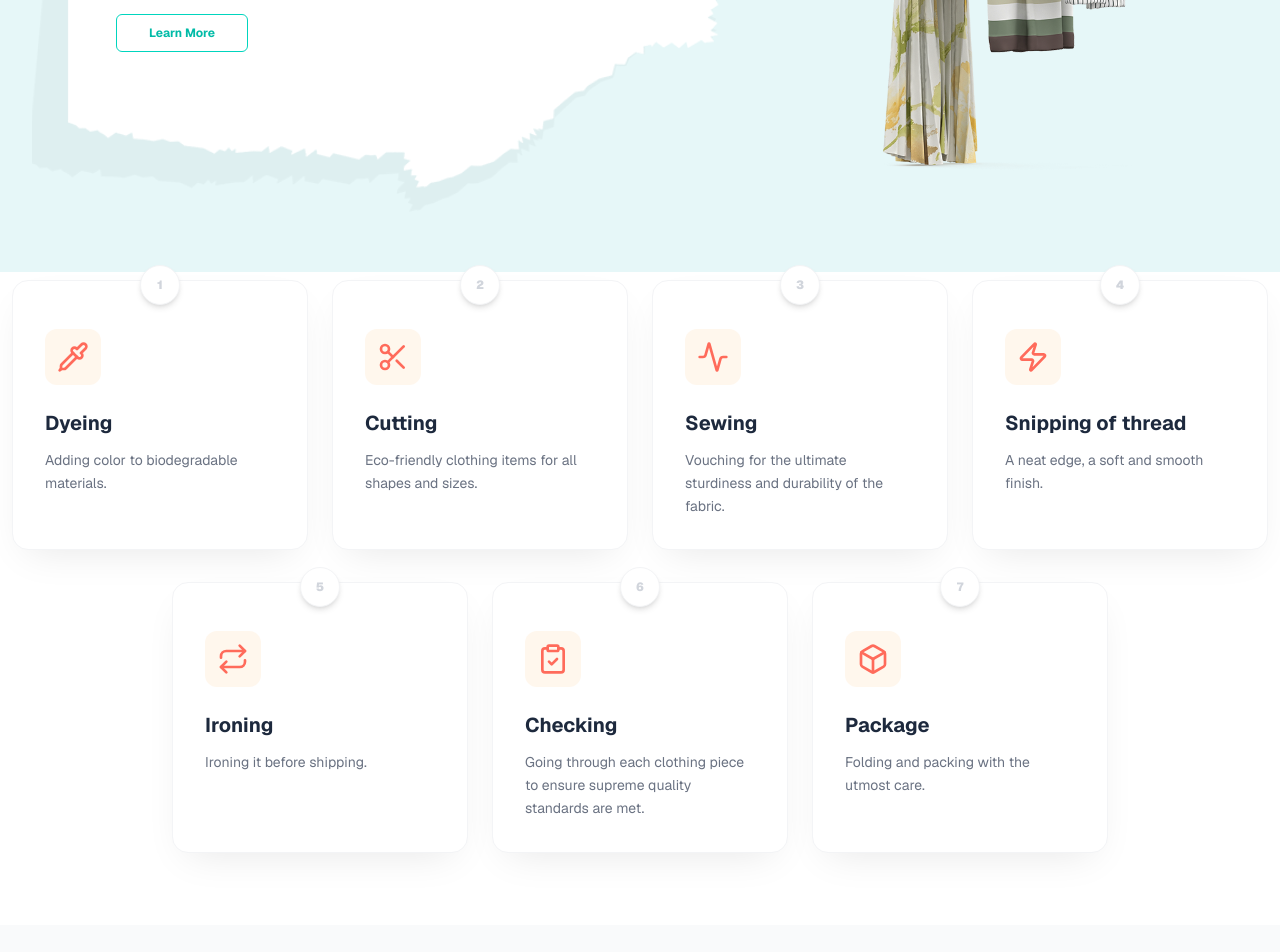
Repository: mdmuhibullahhabib/fullstack-assessment
Page: /
The author's editor kept a copy of each file at every save. The page is drawn from the files as they stood at one save, then again after the next save.
The browser window is 1280 px wide. The pictures show the part of the page from y = 1168 to 2120 px (the page is 3123 px tall before and 3107 px after).
The project was rebuilt for these pictures with package versions that can differ from the ones it lists, and the page was loaded fresh each time. The framework's server and built-in components were replaced by stand-ins that run in the browser. Also part of the build but not shown: next.config.mjs.

Above is the page before, as saved 2025-12-27 10:49:23.

### src/app/layout.js
import { Geist, Geist_Mono } from "next/font/google";
import "./globals.css";
import Navbar from "@/components/shared/Navbar";
import Footer from "@/components/shared/Footer";

const geistSans = Geist({
  variable: "--font-geist-sans",
  subsets: ["latin"],
});

const geistMono = Geist_Mono({
  variable: "--font-geist-mono",
  subsets: ["latin"],
});

export const metadata = {
  title: "Create Next App",
  description: "Generated by create next app",
};

export default function RootLayout({ children }) {
  return (
    <html lang="en">
      <body
        className={`${geistSans.variable} ${geistMono.variable} antialiased`}
      >
        <Navbar/>
        {children}
        <Footer/>
      </body>
    </html>
  );
}

### src/app/page.js
import Apparel from "@/components/home/Apparel";
import CustomProcess from "@/components/home/CustomProcess";
import Hero from "@/components/home/hero";
import Stats from "@/components/home/Stats";


export default function Home() {
  return (
    <>
      <Hero />
      <Stats />
      <CustomProcess />
      <Apparel />
    </>
  );
}

### src/components/shared/Navbar.jsx
"use client";

import Link from "next/link";
import { Menu, X, ShoppingCart, User } from "lucide-react";
import { useState } from "react";

export default function Navbar() {
  const [open, setOpen] = useState(false);

  return (
    <header className="w-full">
      {/* ===== Top Bar ===== */}
      <div className="bg-teal-500 text-white text-sm">
        <div className="max-w-7xl mx-auto flex justify-between items-center px-4 py-2">
          <p>📍 Kashimpur, Gazipur Sadar / Gazipur</p>
          <div className="flex items-center gap-4">
            <span>📞 +880 01713-027875</span>
            <div className="flex gap-2">
              <span>f</span>
              <span>x</span>
              <span>▶</span>
              <span>📷</span>
            </div>
          </div>
        </div>
      </div>

      {/* ===== Main Navbar ===== */}
      <div className="bg-white shadow">
        <div className="max-w-7xl mx-auto flex items-center justify-between px-4 py-4">

          {/* Logo */}
          <Link href="/" className="flex items-center gap-2">
            <div className="w-10 h-10 bg-green-500 rounded flex items-center justify-center text-white font-bold">
              Z
            </div>
            <span className="font-bold text-lg text-gray-800">
              Company
            </span>
          </Link>

          {/* Desktop Menu */}
          <nav className="hidden md:flex items-center gap-8 text-gray-700 font-medium">
            <Link href="/">Home</Link>
            <Link href="/about">About Us</Link>
            <Link href="/services">Our Services</Link>
            <Link href="/products">Our Products</Link>
            <Link href="/blogs">Blogs</Link>
          </nav>

          {/* Right Actions */}
          <div className="hidden md:flex items-center gap-4">
            <ShoppingCart className="cursor-pointer" />
            <div className="w-8 h-8 bg-red-500 rounded-full flex items-center justify-center text-white">
              M
            </div>
            <Link
              href="/contact"
              className="bg-orange-500 text-white px-4 py-2 rounded"
            >
              Contact Us
            </Link>
          </div>

          {/* Mobile Menu Button */}
          <button
            onClick={() => setOpen(!open)}
            className="md:hidden"
          >
            {open ? <X /> : <Menu />}
          </button>
        </div>

        {/* ===== Mobile Menu ===== */}
        {open && (
          <div className="md:hidden bg-white border-t">
            <nav className="flex flex-col gap-4 px-4 py-4 text-gray-700">
              <Link href="/">Home</Link>
              <Link href="/about">About Us</Link>
              <Link href="/services">Our Services</Link>
              <Link href="/products">Our Products</Link>
              <Link href="/blogs">Blogs</Link>

              <div className="flex items-center gap-4 pt-4">
                <ShoppingCart />
                <User />
                <Link
                  href="/contact"
                  className="bg-orange-500 text-white px-4 py-2 rounded"
                >
                  Contact Us
                </Link>
              </div>
            </nav>
          </div>
        )}
      </div>
    </header>
  );
}

### src/components/shared/Footer.jsx
import Image from "next/image";
import Link from "next/link";

export default function Footer() {
  return (
    <footer className="bg-[#f8f8f8] border-t">
      <div className="max-w-7xl mx-auto px-4 py-12">

        {/* ===== Top Section ===== */}
        <div className="grid grid-cols-1 md:grid-cols-4 gap-10">

          {/* Logo & Contact */}
          <div className="space-y-4">
            <div className="flex items-center gap-3">
              <Image src="/logo.png" alt="logo" width={48} height={48} />
              <Image src="/logo2.png" alt="logo2" width={48} height={48} />
            </div>

            <p className="text-sm text-gray-600 flex gap-2">
              📍 29 SE 2nd Ave, Miami, FL 33131, United States
            </p>
            <p className="text-sm text-gray-600">
              ✉ info@zaheen.com
            </p>
            <p className="text-sm font-semibold">
              📞 (+92) 3942 7879
            </p>
          </div>

          {/* Pages */}
          <div>
            <h4 className="font-semibold mb-4 uppercase text-sm">Pages</h4>
            <ul className="space-y-2 text-sm text-gray-600">
              <li><Link href="#">About Us</Link></li>
              <li><Link href="#">Our Services</Link></li>
              <li><Link href="#">Our Products</Link></li>
            </ul>
          </div>

          {/* Information */}
          <div>
            <h4 className="font-semibold mb-4 uppercase text-sm">Information</h4>
            <ul className="space-y-2 text-sm text-gray-600">
              <li><Link href="#">My Account</Link></li>
              <li><Link href="#">Corporate Enquiries</Link></li>
              <li><Link href="#">FAQs</Link></li>
            </ul>
          </div>
        </div>

        {/* ===== Payment Channels (SAME ROW STYLE) ===== */}
        <div className="mt-10">
          <h4 className="font-semibold text-sm mb-4">PAYMENT CHANNELS</h4>

          <div className="flex flex-wrap gap-3">
            {[
              "visa",
              "mastercard",
              "amex",
              "bKash",
              "nagad",
              "rocket",
              "upay",
              "tap",
              "citybank",
              "bracbank",
              "easternbank",
              "standardchartered",
            ].map((logo) => (
              <div
                key={logo}
                className="bg-white border rounded-md px-4 py-2 flex items-center justify-center"
              >
                <Image
                  src={`/payments/${logo}.png`}
                  alt={logo}
                  width={48}
                  height={28}
                  className="object-contain"
                />
              </div>
            ))}
          </div>
        </div>

        {/* ===== Bottom Bar ===== */}
        <div className="border-t mt-10 pt-6 flex flex-col md:flex-row justify-between items-center gap-4 text-sm text-gray-600">

          <p>
            Copyright ©{" "}
            <span className="text-orange-500 font-medium">
              360D Soul Limited
            </span>{" "}
            2025. All rights reserved.
          </p>

          <div className="flex gap-4 text-lg">
            <span>f</span>
            <span>x</span>
            <span>📷</span>
          </div>

          <div className="flex gap-4">
            <Link href="#">Terms & Condition</Link>
            <Link href="#">Privacy & Policy</Link>
            <Link href="#">Refund Policy</Link>
          </div>
        </div>

      </div>
    </footer>
  );
}

### src/components/home/Apparel.jsx
export default function Apparel() {
  const products = [
    {
      name: "Denim Jacket",
      price: "$10.00",
      img: "https://images.unsplash.com/photo-1520975916090-3105956dac38",
    },
    {
      name: "Hoodie",
      price: "$12.00",
      img: "https://images.unsplash.com/photo-1520974735194-6c9c0c13ed3d",
    },
    {
      name: "T-Shirt",
      price: "$8.00",
      img: "https://images.unsplash.com/photo-1583743814966-8936f5b7be1a",
    },
  ];

  return (
    <section className="bg-gray-50 py-16">
      <div className="max-w-7xl mx-auto px-4">
        <h2 className="text-2xl font-bold mb-8">Our Apparels</h2>

        <div className="grid sm:grid-cols-2 md:grid-cols-3 gap-6">
          {products.map((p, i) => (
            <div key={i} className="bg-white border rounded overflow-hidden">
              <img src={p.img} className="h-56 w-full object-cover" />
              <div className="p-4">
                <h3 className="font-semibold">{p.name}</h3>
                <p className="text-sm text-gray-600">{p.price}</p>
                <button className="mt-3 w-full bg-teal-500 text-white py-2 rounded">
                  Add to Cart
                </button>
              </div>
            </div>
          ))}
        </div>
      </div>
    </section>
  );
}

### src/components/home/CustomProcess.jsx
"use client"
import Image from "next/image";
import { Scissors, Pipette, Zap, Activity, Repeat, ClipboardCheck, Box } from "lucide-react";
import bgImage from "../../../public/home/ProcessImage-1.png";
import rightImage from "../../../public/home/ProcessImage-2.png";

export default function CustomProcess() {
    const steps = [
        { number: 1, title: "Dyeing", desc: "Adding color to biodegradable materials.", icon: <Pipette className="w-8 h-8 text-[#FF6B5B]" /> },
        { number: 2, title: "Cutting", desc: "Eco-friendly clothing items for all shapes and sizes.", icon: <Scissors className="w-8 h-8 text-[#FF6B5B]" /> },
        { number: 3, title: "Sewing", desc: "Vouching for the ultimate sturdiness and durability of the fabric.", icon: <Activity className="w-8 h-8 text-[#FF6B5B]" /> },
        { number: 4, title: "Snipping of thread", desc: "A neat edge, a soft and smooth finish.", icon: <Zap className="w-8 h-8 text-[#FF6B5B]" /> },
        { number: 5, title: "Ironing", desc: "Ironing it before shipping.", icon: <Repeat className="w-8 h-8 text-[#FF6B5B]" /> },
        { number: 6, title: "Checking", desc: "Going through each clothing piece to ensure supreme quality standards are met.", icon: <ClipboardCheck className="w-8 h-8 text-[#FF6B5B]" /> },
        { number: 7, title: "Package", desc: "Folding and packing with the utmost care.", icon: <Box className="w-8 h-8 text-[#FF6B5B]" /> },
    ];

    return (
        <section className="bg-white py-20  font-sans">
            <div className=" mx-auto">

                {/* ===== TOP SECTION ===== */}
                <div className="relative bg-[#E6F7F8] overflow-hidden flex flex-col md:pl-8 md:py-[60px]  md:flex-row items-stretch mb-2 ">

                    {/* Left Content Box (White with bgImage and Torn Edge) */}
                    <div
                        className="relative w-full md:w-[60%] p-10 mt-9 md:pl-5 flex flex-col  items-start "
                        style={{
                            backgroundImage: `url(${bgImage.src})`,
                            backgroundSize: "cover",
                            backgroundPosition: "center",
                        }}
                    >
                        <div
                        className="ml-16"
                        >
                            <div className="mb-3">
                                <span className="px-5 py-1.5 rounded-full border border-teal-200 text-teal-500 text-[11px] font-bold uppercase tracking-[0.2em]">
                                    Process
                                </span>
                            </div>

                            <h3 className="text-3xl md:text-4xl font-bold text-[#1a2b3c] leading-[1.2] mb-6">
                                Do You Want Custom Project With Textilery? Contact Us Now
                            </h3>

                            <p className="text-gray-700 text-sm md:text-base leading-relaxed max-w-xl mb-8">
                                At Zaheen Knitwear Ltd., we pride ourselves on being your reliable partner for
                                apparel production. Our commitment to ethical manufacturing ensures that
                                every garment is crafted with care and integrity.
                            </p>

                            <button className="border-[1.5px] border-teal-400 text-teal-500 px-8 py-2.5 rounded-md font-bold text-xs hover:bg-teal-500 hover:text-white transition-all">
                                Learn More
                            </button>
                        </div>
                    </div>

                    {/* Right Content (Image of hanging clothes) */}
                    <div className="w-full md:w-[40%] relative flex items-center justify-center py-10">
                        <div className="relative w-[85%] h-[450px]">
                            <Image
                                src={rightImage}
                                alt="Clothing Preview"
                                fill
                                className="object-contain"
                                priority
                            />
                        </div>
                    </div>
                </div>

                {/* ===== PROCESS STEPS GRID ===== */}
                <div className="flex flex-wrap justify-center gap-6">
                    {steps.map((step, index) => (
                        <div
                            key={step.number}
                            className={`
                relative bg-white p-8 pt-12 rounded-2xl shadow-[0_15px_40px_-15px_rgba(0,0,0,0.1)]
                border border-gray-100 flex flex-col items-start transition-all hover:-translate-y-2
                w-full sm:w-[calc(50%-1.5rem)] lg:w-[calc(25%-1.5rem)]
                ${index >= 4 ? 'lg:translate-y-2' : ''}
              `}
                        >
                            {/* Step Number Circle */}
                            <div className="absolute -top-4 left-1/2 -translate-x-1/2 w-10 h-10 bg-white border border-gray-100 shadow-md rounded-full flex items-center justify-center text-xs font-black text-gray-300">
                                {step.number}
                            </div>

                            <div className="mb-6 bg-orange-50 p-3 rounded-xl">
                                {step.icon}
                            </div>

                            <h3 className="text-xl font-bold text-slate-800 mb-3">
                                {step.title}
                            </h3>
                            <p className="text-[14px] text-gray-500 leading-relaxed">
                                {step.desc}
                            </p>
                        </div>
                    ))}
                </div>

            </div>
        </section>
    );
}

### src/components/home/hero.jsx
export default function Hero() {
  return (
    <section className="relative bg-black text-white">
      <img
        src="https://images.unsplash.com/photo-1520975916090-3105956dac38"
        className="absolute inset-0 w-full h-full object-cover opacity-40"
      />

      <div className="relative max-w-7xl mx-auto px-4 py-28 grid md:grid-cols-2 gap-10">
        <div>
          <p className="text-sm uppercase mb-3 text-teal-400">
            Textile & Garments
          </p>
          <h1 className="text-4xl md:text-5xl font-bold mb-5">
            High-Quality Garments. <br /> Ethically Made.
          </h1>
          <p className="text-gray-300 mb-6">
            We manufacture premium garments using ethical and sustainable
            practices.
          </p>

          <div className="flex gap-4">
            <button className="bg-orange-500 px-6 py-3 rounded">
              Explore
            </button>
            <button className="border px-6 py-3 rounded">
              Contact Us
            </button>
          </div>
        </div>
      </div>
    </section>
  );
}

### src/components/home/Stats.jsx
export default function Stats() {
  const stats = [
    { title: "Quality Product", value: "100%" },
    { title: "Project Overview", value: "35 Million" },
  ];

  return (
    <section className="bg-teal-500 text-white">
      <div className="max-w-7xl mx-auto px-4 py-10 grid grid-cols-2 md:grid-cols-4 gap-6 text-center">
        {stats.map((s, i) => (
          <div key={i}>
            <h3 className="text-2xl font-bold">{s.value}</h3>
            <p className="text-sm">{s.title}</p>
          </div>
        ))}
      </div>
    </section>
  );
}

Loaded but not shown: src/app/globals.css (common file)

After the next save:
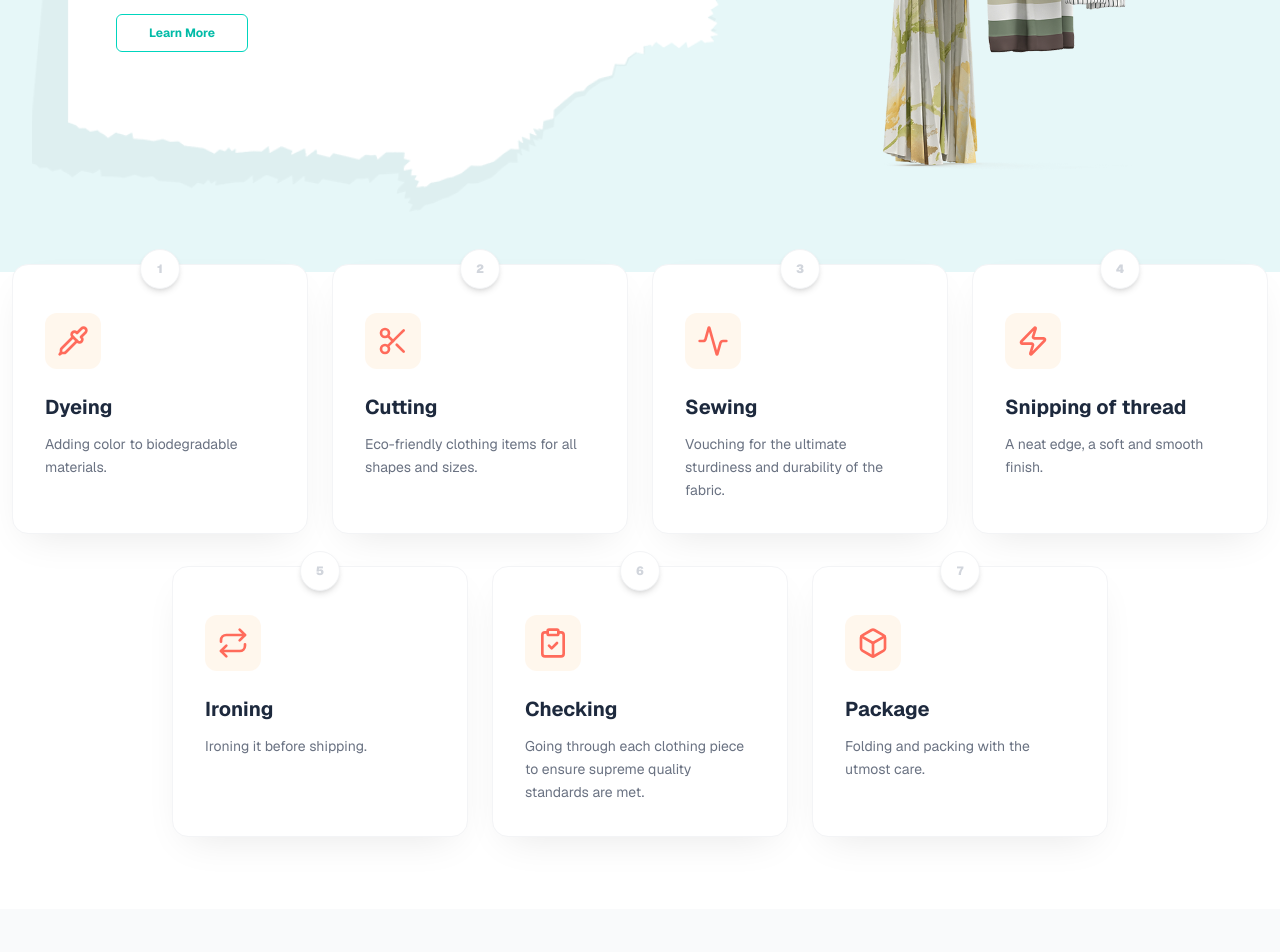
Saved 15 s later.
--- a/src/components/home/CustomProcess.jsx
+++ b/src/components/home/CustomProcess.jsx
@@ -20,7 +20,7 @@
             <div className=" mx-auto">
 
                 {/* ===== TOP SECTION ===== */}
-                <div className="relative bg-[#E6F7F8] overflow-hidden flex flex-col md:pl-8 md:py-[60px]  md:flex-row items-stretch mb-2 ">
+                <div className="relative bg-[#E6F7F8] overflow-hidden flex flex-col md:pl-8 md:py-[60px]  md:flex-row items-stretch -mb-2 ">
 
                     {/* Left Content Box (White with bgImage and Torn Edge) */}
                     <div
